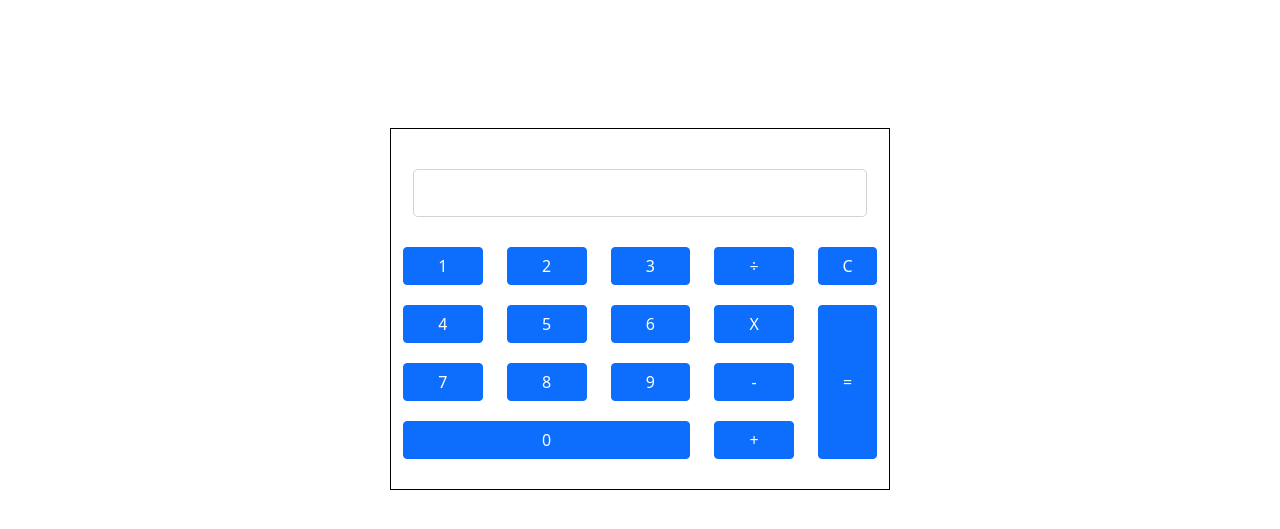
Repository: jsakdalan/CalculatorReactTypescript
Page: /
The author's editor kept a copy of each file at every save. The page is drawn from the files as they stood at one save, then again after the next save.
The browser window is 1280 px wide. The pictures show the whole page.
The project was rebuilt for these pictures with package versions that can differ from the ones it lists, and the page was loaded fresh each time. Also part of the build but not shown: src/App.css.

Above is the page before, as saved 2022-06-07 16:44:10.

### src/App.tsx
import  Calculator from './pages/Calculator';
import './App.css';
import 'bootstrap/dist/css/bootstrap.min.css'

export default function App() {

  return(
    <Calculator/>
  )
}

### src/pages/Calculator.tsx
import React from 'react';
import Col from 'react-bootstrap/Col';
import Container from 'react-bootstrap/Container';
import Row from 'react-bootstrap/Row';
import Button from 'react-bootstrap/Button';
import InputGroup from 'react-bootstrap/InputGroup';
import FormControl from 'react-bootstrap/FormControl';
import './Calculator.css'

export default function TextEditor(){

    interface Screen{
        styling: string;
    }

    interface Buttons {
        styling: string;
        btnNumber: string;
    }

    const Screen = (props:Screen) => {
        return(
            <InputGroup size="lg" className={props.styling}>
                    <FormControl
      aria-label="Default"
      aria-describedby="inputGroup-sizing-default"
    />
            </InputGroup>
        )
    }

    const Buttons = (props:Buttons) => {
        return(
            <Button className={props.styling}>
                {props.btnNumber}
            </Button>
        )
    }

    return(
        <>
            <Container className="container">
                <Row>
                    <Col><Screen styling="screen"/></Col>
                </Row>
                <Row>
                    <Col md={10}>
                        <Row>
                            <Col md={12}>
                                <Row>
                                    <Col md={3}><Buttons styling="numerical" btnNumber="1"/></Col>
                                    <Col md={3}><Buttons styling="numerical" btnNumber="2"/></Col>
                                    <Col md={3}><Buttons styling="numerical" btnNumber="3"/></Col>
                                    <Col md={3}><Buttons styling="operational" btnNumber="&#247;"/></Col>
                                </Row>
                            </Col>
                            <Col md={12}>
                                <Row>
                                    <Col md={3}><Buttons styling="numerical" btnNumber="4"/></Col>
                                    <Col md={3}><Buttons styling="numerical" btnNumber="5"/></Col>
                                    <Col md={3}><Buttons styling="numerical" btnNumber="6"/></Col>
                                    <Col md={3}><Buttons styling="operational" btnNumber="X"/></Col>
                                </Row>
                            </Col>
                            <Col md={12}>
                                <Row>
                                    <Col md={3}><Buttons styling="numerical" btnNumber="7"/></Col>
                                    <Col md={3}><Buttons styling="numerical" btnNumber="8"/></Col>
                                    <Col md={3}><Buttons styling="numerical" btnNumber="9"/></Col>
                                    <Col md={3}><Buttons styling="operational" btnNumber="-"/></Col>
                                </Row>
                            </Col>
                            <Col md={12}>
                                <Row>
                                    <Col md={9}><Buttons styling="numerical" btnNumber="0"/></Col>
                                    <Col md={3}><Buttons styling="numerical" btnNumber="+"/></Col>
                                </Row>
                            </Col>
                        </Row>
                    </Col>
                    <Col md={2}>
                        <Row>
                            <Col>
                                <Row>
                                    <Col md={12}><Buttons styling="erase" btnNumber="C"/></Col>
                                    <Col md={12}><Buttons styling="equals" btnNumber="="/></Col>
                                </Row>
                            </Col>
                        </Row>
                    </Col>
                </Row>
            </Container>
        </>
    )
}

### src/pages/Calculator.css
.container{
    margin-top:10%;
    max-width: 500px!important;
    width: 400px;
    display: flex;
    flex-direction: column;
    border: 1px solid black;
    padding:20px;
}

.screen{
    width: 100%;
    padding: 10px;
    margin: 10px 0px 10px 0px;
}

.numerical{
    width: 100%;
    padding: 10px;
    margin: 10px 0px 10px 0px;
}

.operational{
    width: 100%;
    padding: 10px;
    margin: 10px 0px 10px 0px;
}

.equals{
    height: 154px;
    width: 100%;
    padding: 10px;
    margin: 10px 0px 10px 0px;
}

.erase{
    width: 100%;
    padding: 10px;
    margin: 10px 0px 10px 0px;
}

Loaded but not shown: public/index.html (common file); src/index.tsx (common file); src/index.css (common file); src/reportWebVitals.ts (common file)

After the next save:
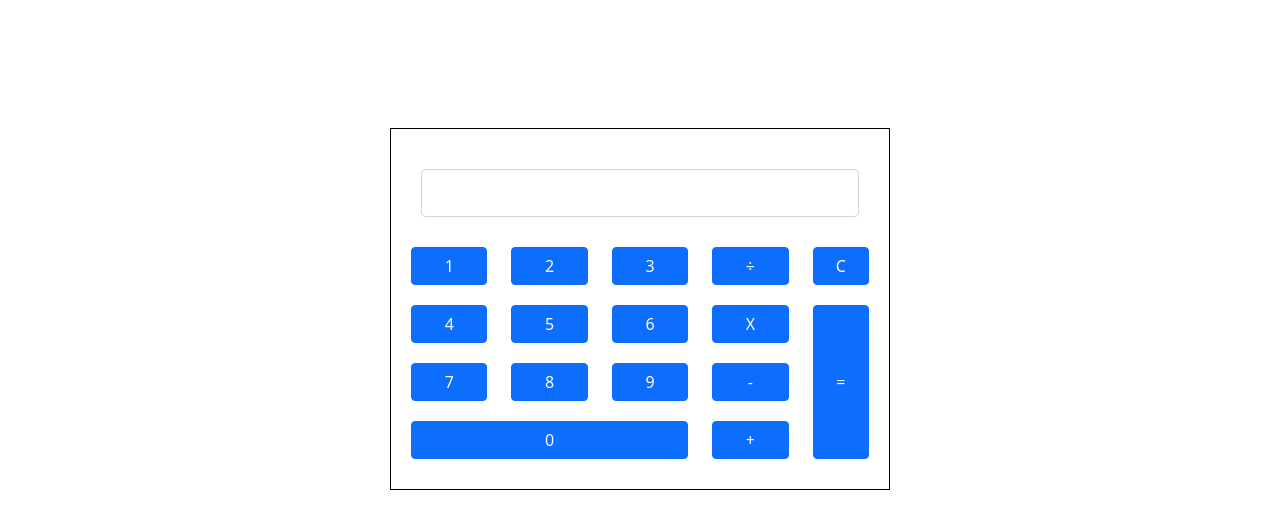
Saved 33 s later.
--- a/src/pages/Calculator.css
+++ b/src/pages/Calculator.css
@@ -5,7 +5,7 @@
     display: flex;
     flex-direction: column;
     border: 1px solid black;
-    padding:20px;
+    padding:20px!important;
 }
 
 .screen{
